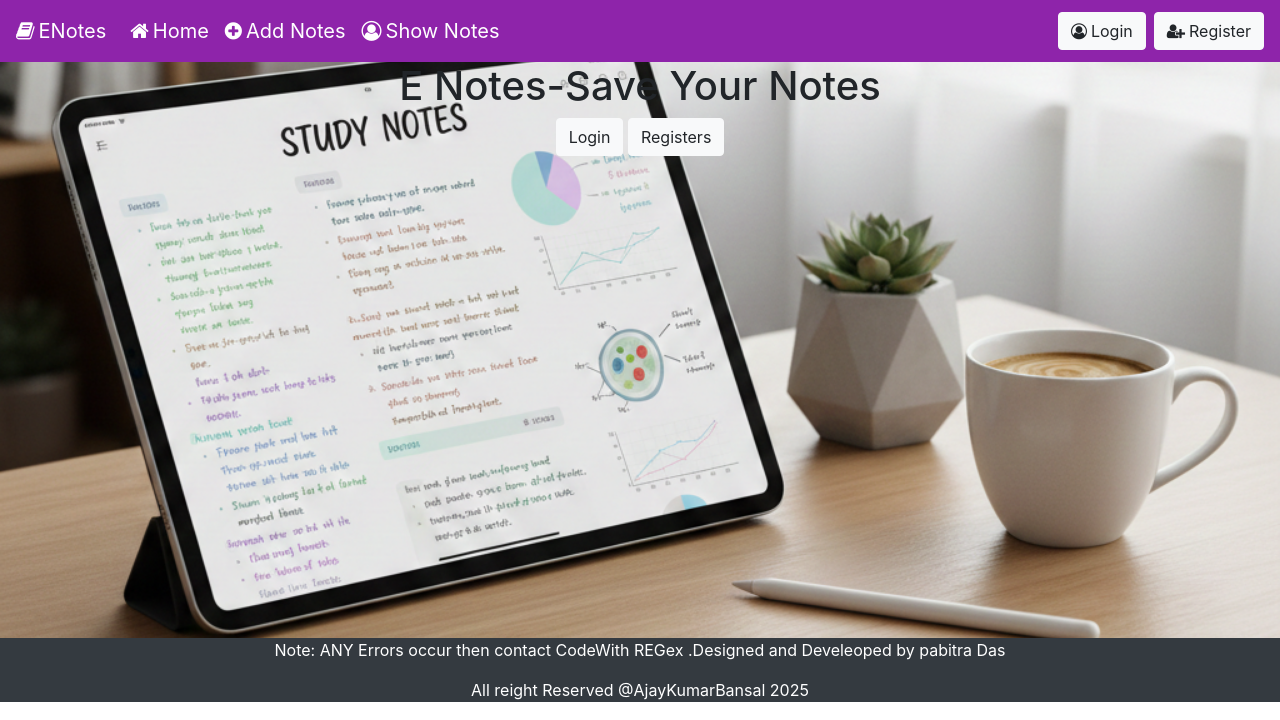
Repository: Bansal140899/eclipse-workspace
Page: http://localhost/ENotesProject/
The author's editor kept a copy of each file at every save. The page is drawn from the files as they stood at one save, then again after the next save.
The browser window is 1280 px wide. The pictures show the whole page.
The page is served by Tomcat 9.

Above is the page before, as saved 2025-12-21 21:31:11.

After the next save:
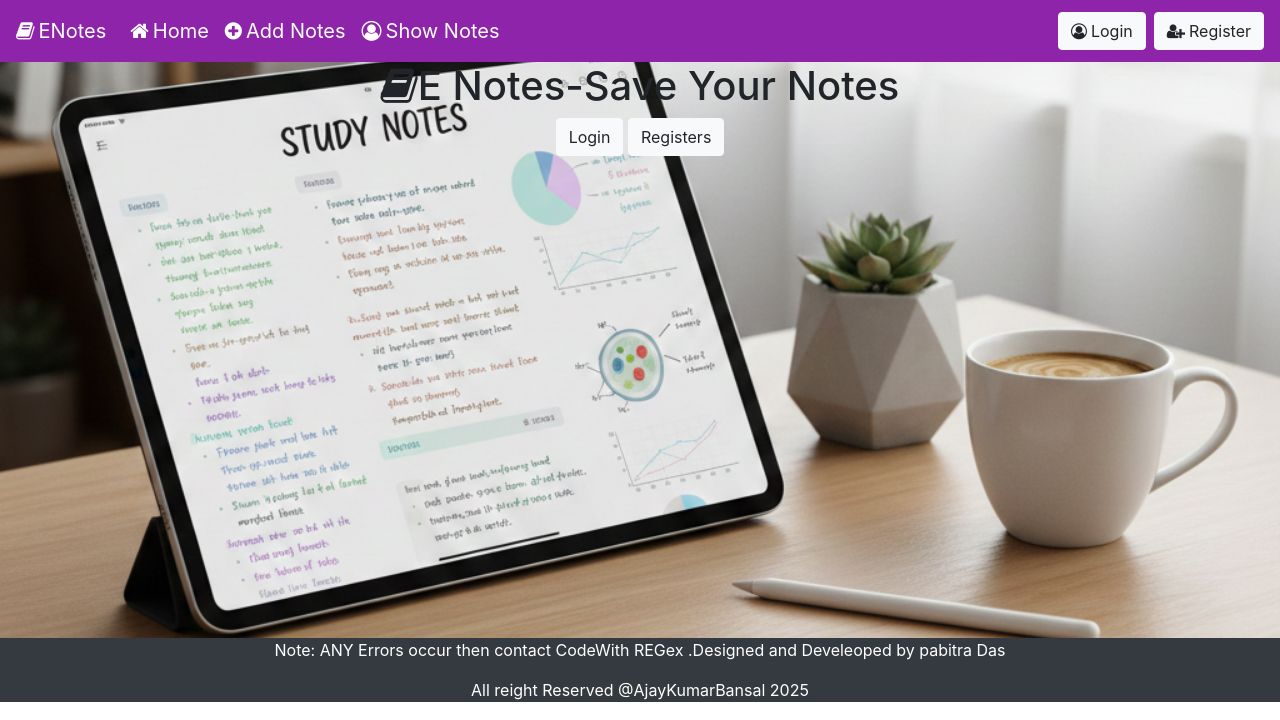
Saved 65 s later.
--- a/ENotesProject/src/main/webapp/index.jsp
+++ b/ENotesProject/src/main/webapp/index.jsp
@@ -21,7 +21,7 @@ background-repeat: no-repeat;   /* repeat band */
 	<%@include file="All_Component/navbar.jsp"%>
 	<div class="container-fluid back-img">
 	<div class=  "text-center">
-	<h1>E Notes-Save Your Notes</h1>
+	<h1><i class="fa fa-book" aria-hidden="true"></i>E Notes-Save Your Notes</h1>
     <a href="login.jsp" class="btn btn-light">Login</a>
 	<a href="register.jsp" class="btn btn-light">Registers</a>
 	</div>
